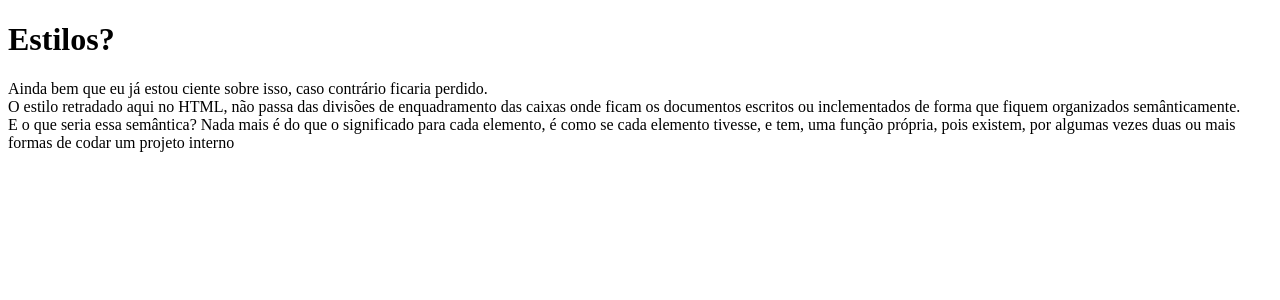
Repository: ErikMesquita/Danki-Code
Page: estilos/index.html
The author's editor kept a copy of each file at every save. The page is drawn from the files as they stood at one save, then again after the next save.
The browser window is 1280 px wide. The pictures show the whole page.

Above is the page before, as saved 2023-10-29 18:12:07.

### estilos/index.html
<!DOCTYPE html>
<html lang="pt-br">

<head>
    <meta charset="UTF-8">
    <meta name="viewport" content="width=device-width, initial-scale=1.0">
    <title>Estilos em HTML</title>
</head>

<body>
    <h1>Estilos?</h1>
        <p>
            Ainda bem que eu já estou ciente sobre isso, caso contrário ficaria perdido. <br>
            O estilo retradado aqui no HTML, não passa das divisões de enquadramento das caixas onde ficam os documentos escritos ou inclementados de forma que fiquem organizados semânticamente. <br>
            E o que seria essa semântica? Nada mais é do que o significado para cada elemento, é como se cada elemento tivesse, e tem, uma função própria, pois existem, por algumas vezes duas ou mais formas de codar um projeto interno
        </p>
</body>

</html>

After the next save:
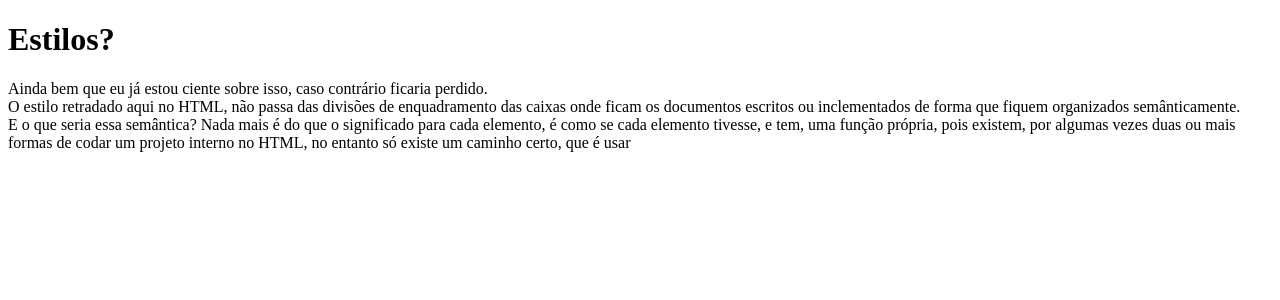
Saved 18 s later.
--- a/estilos/index.html
+++ b/estilos/index.html
@@ -12,7 +12,7 @@
         <p>
             Ainda bem que eu já estou ciente sobre isso, caso contrário ficaria perdido. <br>
             O estilo retradado aqui no HTML, não passa das divisões de enquadramento das caixas onde ficam os documentos escritos ou inclementados de forma que fiquem organizados semânticamente. <br>
-            E o que seria essa semântica? Nada mais é do que o significado para cada elemento, é como se cada elemento tivesse, e tem, uma função própria, pois existem, por algumas vezes duas ou mais formas de codar um projeto interno
+            E o que seria essa semântica? Nada mais é do que o significado para cada elemento, é como se cada elemento tivesse, e tem, uma função própria, pois existem, por algumas vezes duas ou mais formas de codar um projeto interno no HTML, no entanto só existe um caminho certo, que é usar
         </p>
 </body>
 
